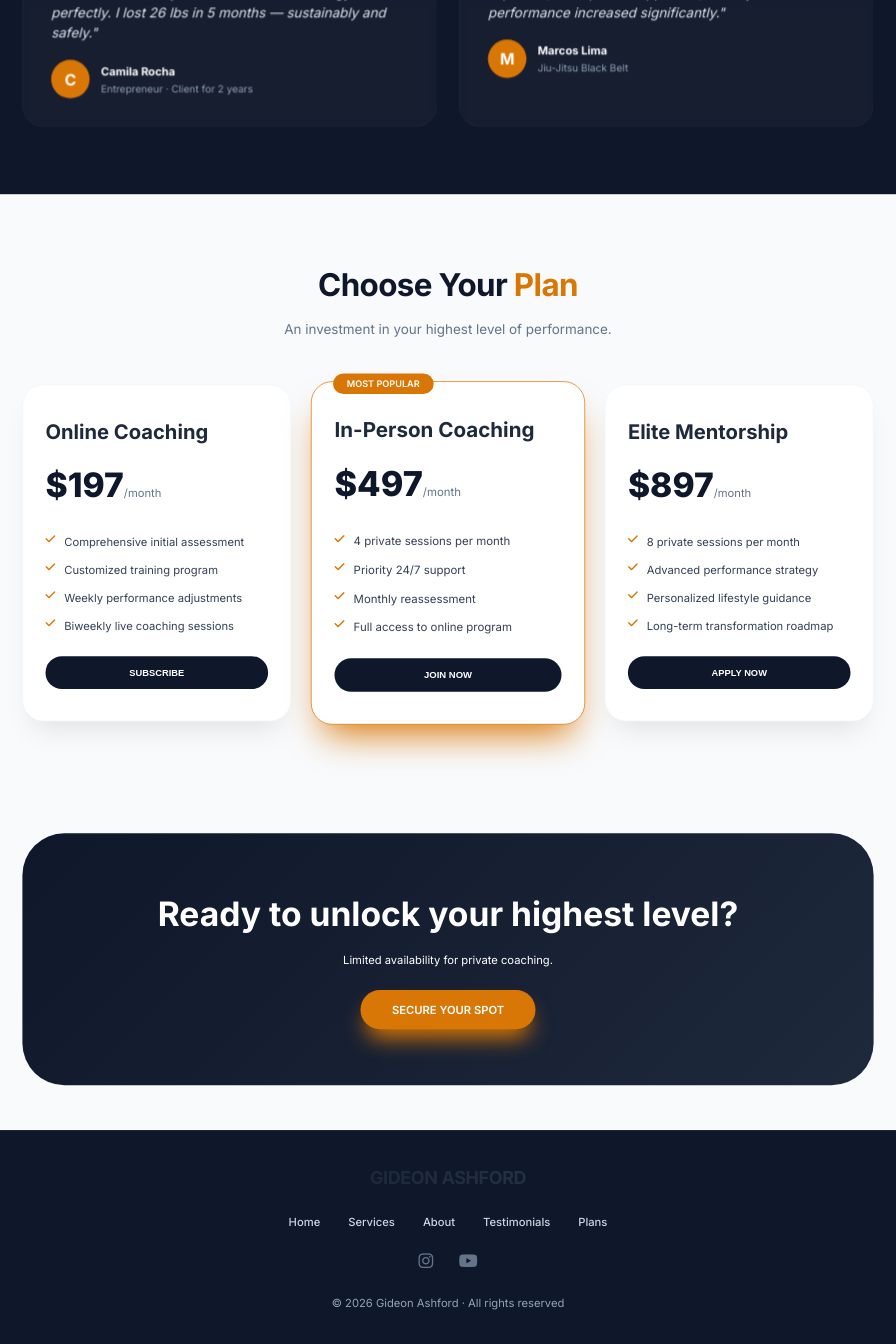
Repository: davidfsillva/Alex-Personal
Page: index.html
The author's editor kept a copy of each file at every save. The page is drawn from the files as they stood at one save, then again after the next save.
The browser window is 1280 px wide. The pictures show the part of the page from y = 2739 to 4659 px (the page is 4659 px tall before and 4595 px after), at 70% of full size.

Above is the page before, as saved 2026-02-18 21:39:31.
Not found: script.js

### index.html
<!DOCTYPE html>
<html lang="en">
<head>
    <meta charset="UTF-8">
    <meta name="viewport" content="width=device-width, initial-scale=1.0">
    <title>Gideon Ashford | High Performance Coaching</title>

    <!-- Font Awesome -->
    <link rel="stylesheet" href="https://cdnjs.cloudflare.com/ajax/libs/font-awesome/6.0.0-beta3/css/all.min.css">

    <!-- Google Font -->
    <link href="https://fonts.googleapis.com/css2?family=Inter:wght@400;500;600;700;800&display=swap" rel="stylesheet">

    <link rel="stylesheet" href="style.css">

    <meta name="description" content="High performance personal coaching with Gideon Ashford. Transform your body and elevate your mindset.">

</head>
<body>

<nav class="navbar">
    <div class="logo">GIDEON <span style="color:#d97706;">ASHFORD</span></div>

    <button class="hamburger" id="hamburger">
        <span></span>
        <span></span>
        <span></span>
    </button>

    <div class="nav-links" id="navLinks">
        <a href="#home">HOME</a>
        <a href="#services">SERVICES</a>
        <a href="#about">ABOUT</a>
        <a href="#testimonials">TESTIMONIALS</a>
        <a href="#plans">PLANS</a>
        <a href="#contact" class="btn-nav">BOOK NOW</a>
    </div>
</nav>

<main>

<!-- HERO -->
<section class="hero" id="home">
    <div class="container hero-grid">
        <div>
            <span class="hero-badge">
                <i class="fas fa-bolt" style="margin-right:6px;"></i>
                PREMIUM PERFORMANCE TRAINING
            </span>

            <h1>Transform your <span>body</span>. Elevate your mind.</h1>

            <p>
                Proven high-performance training method focused on real results,
                strategic periodization, and personalized 24/7 support.
            </p>

            <div class="hero-cta">
                <a href="#plans" class="btn-primary">GET STARTED</a>
                <a href="#about" class="btn-outline">LEARN MORE</a>
            </div>

            <div class="stats">
                <div class="stat-item">
                    <h3>400+</h3>
                    <p>active clients</p>
                </div>
                <div class="stat-item">
                    <h3>98%</h3>
                    <p>retention rate</p>
                </div>
                <div class="stat-item">
                    <h3>12</h3>
                    <p>years of experience</p>
                </div>
            </div>
        </div>

        <div class="hero-image"></div>
    </div>
</section>

<!-- SERVICES -->
<section class="section" id="services">
    <div class="container">
        <div class="section-title">
            <h2>Exclusive <span>Methodology</span></h2>
            <p>Every program is strategically designed around your goals and performance level.</p>
        </div>

        <div class="services-grid">

            <div class="service-card">
                <div class="service-icon"><i class="fas fa-dumbbell"></i></div>
                <h3>Online<br>Coaching</h3>
                <p>
                    Train from anywhere with customized programming,
                    structured progression, and weekly performance adjustments.
                </p>
                <a href="#" class="service-link">Learn more <i class="fas fa-arrow-right"></i></a>
            </div>

            <div class="service-card">
                <div class="service-icon"><i class="fas fa-clock"></i></div>
                <h3>In-Person<br>Training</h3>
                <p>
                    1:1 sessions at the gym or outdoors with real-time correction,
                    biomechanical optimization, and elite guidance.
                </p>
                <a href="#" class="service-link">Learn more <i class="fas fa-arrow-right"></i></a>
            </div>

            <div class="service-card">
                <div class="service-icon"><i class="fas fa-heartbeat"></i></div>
                <h3>Post-Injury<br>Rehabilitation</h3>
                <p>
                    Evidence-based protocols focused on restoring strength,
                    improving mobility, and preventing future injuries.
                </p>
                <a href="#" class="service-link">Learn more <i class="fas fa-arrow-right"></i></a>
            </div>

        </div>
    </div>
</section>

<!-- ABOUT -->
<section class="section" id="about">
    <div class="container about-grid">
        <div class="about-image"></div>

        <div class="about-content">
            <h2>Gideon Ashford<br><span>High Performance Coach</span></h2>

            <p>
                For over 12 years, helping athletes and driven professionals
                unlock their highest level of physical and mental performance.
                Specialist in functional periodization and behavioral performance strategy.
            </p>

            <ul class="check-list">
                <li><i class="fas fa-check-circle"></i> Certified Personal Trainer</li>
                <li><i class="fas fa-check-circle"></i> Postgraduate in Exercise Physiology</li>
                <li><i class="fas fa-check-circle"></i> Former performance coach for elite athletes</li>
                <li><i class="fas fa-check-circle"></i> Mentor to 50+ fitness professionals</li>
            </ul>

            <a href="#contact" class="btn-primary">TALK TO GIDEON</a>
        </div>
    </div>
</section>

<!-- TESTIMONIALS -->
<section class="section testimonials" id="testimonials">
    <div class="container">
        <div class="section-title">
            <h2>What Clients <span>Say</span></h2>
            <p>Results that go far beyond aesthetics.</p>
        </div>

        <div class="testimonial-grid">

            <div class="testimonial-card">
                <i class="fas fa-quote-left" style="color:#d97706; font-size:2rem;"></i>
                <p>
                    "I've never experienced this level of progress before.
                    Alex understood my routine and built a strategy that fit perfectly.
                    I lost 26 lbs in 5 months — sustainably and safely."
                </p>

                <div class="client-info">
                    <div class="client-img">C</div>
                    <div>
                        <h4>Camila Rocha</h4>
                        <span>Entrepreneur · Client for 2 years</span>
                    </div>
                </div>
            </div>

            <div class="testimonial-card">
                <i class="fas fa-quote-left" style="color:#d97706; font-size:2rem;"></i>
                <p>
                    "More than a coach — a true mentor.
                    My posture improved, back pain disappeared,
                    and my Jiu-Jitsu performance increased significantly."
                </p>

                <div class="client-info">
                    <div class="client-img">M</div>
                    <div>
                        <h4>Marcos Lima</h4>
                        <span>Jiu-Jitsu Black Belt</span>
                    </div>
                </div>
            </div>

        </div>
    </div>
</section>

<!-- PLANS -->
<section class="section" id="plans">
    <div class="container">
        <div class="section-title">
            <h2>Choose Your <span>Plan</span></h2>
            <p>An investment in your highest level of performance.</p>
        </div>

        <div class="pricing-grid">

            <div class="pricing-card">
                <h3>Online Coaching</h3>
                <div class="price">$197<span>/month</span></div>

                <ul class="pricing-features">
                    <li><i class="fas fa-check"></i> Comprehensive initial assessment</li>
                    <li><i class="fas fa-check"></i> Customized training program</li>
                    <li><i class="fas fa-check"></i> Weekly performance adjustments</li>
                    <li><i class="fas fa-check"></i> Biweekly live coaching sessions</li>
                </ul>

                <button class="btn-pricing">SUBSCRIBE</button>
            </div>

            <div class="pricing-card featured">
                <div class="popular-badge">MOST POPULAR</div>

                <h3>In-Person Coaching</h3>
                <div class="price">$497<span>/month</span></div>

                <ul class="pricing-features">
                    <li><i class="fas fa-check"></i> 4 private sessions per month</li>
                    <li><i class="fas fa-check"></i> Priority 24/7 support</li>
                    <li><i class="fas fa-check"></i> Monthly reassessment</li>
                    <li><i class="fas fa-check"></i> Full access to online program</li>
                </ul>

                <button class="btn-pricing">JOIN NOW</button>
            </div>

            <div class="pricing-card">
                <h3>Elite Mentorship</h3>
                <div class="price">$897<span>/month</span></div>

                <ul class="pricing-features">
                    <li><i class="fas fa-check"></i> 8 private sessions per month</li>
                    <li><i class="fas fa-check"></i> Advanced performance strategy</li>
                    <li><i class="fas fa-check"></i> Personalized lifestyle guidance</li>
                    <li><i class="fas fa-check"></i> Long-term transformation roadmap</li>
                </ul>

                <button class="btn-pricing">APPLY NOW</button>
            </div>

        </div>
    </div>
</section>

<!-- FINAL CTA -->
<div class="container" id="contact">
    <div class="cta-section">
        <h2>Ready to unlock your highest level?</h2>
        <p>Limited availability for private coaching.</p>
        <a href="#" class="btn-primary">SECURE YOUR SPOT</a>
    </div>
</div>

</main>

<footer>
    <div class="logo" style="justify-content:center; margin-bottom:1.5rem;">
        GIDEON <span style="color:#d97706;">ASHFORD</span>
    </div>

    <div class="footer-links">
        <a href="#home">Home</a>
        <a href="#services">Services</a>
        <a href="#about">About</a>
        <a href="#testimonials">Testimonials</a>
        <a href="#plans">Plans</a>
    </div>

    <div class="social">
        <i class="fab fa-instagram"></i>
        <i class="fab fa-youtube"></i>
    </div>

    <p style="margin-top:2rem;">
        © 2026 Gideon Ashford · All rights reserved
    </p>
</footer>

<script src="script.js"></script>

</body>
</html>

### style.css

* {
    margin: 0;
    padding: 0;
    box-sizing: border-box;
}

body {
    font-family: 'Inter', 'Helvetica Neue', sans-serif;
    background: #f8fafc;
    color: #1e293b;
    line-height: 1.5;
    overflow-x: hidden;
}

/* smooth scroll */
html {
    scroll-behavior: smooth;
}

.container {
    max-width: 1280px;
    margin: 0 auto;
    padding: 0 2rem;
}

/* header / nav */
.navbar {
    display: flex;
    justify-content: space-between;
    align-items: center;
    padding: 1.5rem 2rem;
    background: rgba(255,255,255,0.8);
    backdrop-filter: blur(10px);
    position: fixed;
    width: 100%;
    top: 0;
    z-index: 1000;
    border-bottom: 1px solid rgba(0,0,0,0.03);
}

.logo {
    font-weight: 700;
    font-size: 1.6rem;
    letter-spacing: -0.02em;
    background: linear-gradient(135deg, #0f172a, #334155);
    -webkit-background-clip: text;
    -webkit-text-fill-color: transparent;
}

.nav-links {
    display: flex;
    gap: 2.5rem;
    align-items: center;
}

.nav-links a {
    text-decoration: none;
    color: #1e293b;
    font-weight: 500;
    font-size: 0.95rem;
    transition: 0.2s;
    letter-spacing: 0.3px;
}

.nav-links a:hover {
    color: #d97706;
}

.btn-nav {
    background: #0f172a;
    color: white !important;
    padding: 0.6rem 1.6rem;
    border-radius: 40px;
    font-weight: 600;
    box-shadow: 0 8px 20px rgba(15,23,42,0.15);
}

.btn-nav:hover {
    background: #d97706;
    color: white !important;
    box-shadow: 0 8px 25px rgba(217,119,6,0.25);
}

/* hero section */
.hero {
    min-height: 100vh;
    display: flex;
    align-items: center;
    background: linear-gradient(145deg, #ffffff 0%, #f1f5f9 100%);
    padding: 7rem 0 5rem;
    position: relative;
    overflow: hidden;
}

.hero:before {
    content: '';
    position: absolute;
    width: 600px;
    height: 600px;
    background: radial-gradient(circle, rgba(217,119,6,0.02) 0%, transparent 70%);
    right: -100px;
    bottom: -100px;
    border-radius: 50%;
}

.hero-grid {
    display: grid;
    grid-template-columns: 1fr 1fr;
    gap: 3rem;
    align-items: center;
}

.hero-badge {
    background: rgba(217,119,6,0.08);
    color: #d97706;
    padding: 0.3rem 1rem;
    border-radius: 40px;
    font-size: 0.85rem;
    font-weight: 600;
    display: inline-block;
    margin-bottom: 1.5rem;
    letter-spacing: 0.5px;
    border: 1px solid rgba(217,119,6,0.2);
}

.hero h1 {
    font-size: 3.8rem;
    font-weight: 800;
    line-height: 1.1;
    letter-spacing: -0.03em;
    color: #0f172a;
    margin-bottom: 1.2rem;
}

.hero h1 span {
    color: #d97706;
    border-bottom: 4px solid rgba(217,119,6,0.3);
    display: inline-block;
}

.hero p {
    font-size: 1.2rem;
    color: #475569;
    max-width: 500px;
    margin-bottom: 2.5rem;
}

.hero-cta {
    display: flex;
    gap: 1.2rem;
    align-items: center;
}

.btn-primary {
    background: #0f172a;
    color: white;
    border: none;
    padding: 1rem 2.8rem;
    border-radius: 50px;
    font-weight: 600;
    font-size: 1rem;
    cursor: pointer;
    transition: 0.25s;
    box-shadow: 0 15px 25px -8px rgba(15,23,42,0.3);
    text-decoration: none;
    display: inline-block;
}

.btn-primary:hover {
    background: #d97706;
    transform: scale(1.02);
    box-shadow: 0 20px 30px -8px rgba(217,119,6,0.4);
}

.btn-outline {
    background: transparent;
    border: 1.5px solid #0f172a;
    color: #0f172a;
    padding: 0.9rem 2.2rem;
    border-radius: 50px;
    font-weight: 600;
    transition: 0.2s;
    text-decoration: none;
}

.btn-outline:hover {
    border-color: #d97706;
    color: #d97706;
}

.hero-image {
    background: url('img/1.jpg') center/cover;
    height: 580px;
    border-radius: 40px;
    box-shadow: 0 40px 70px -15px rgba(0,0,0,0.3);
    position: relative;
    border: 1px solid rgba(255,255,255,0.2);
}

.hero-image:after {
    content: '';
    position: absolute;
    inset: 0;
    background: linear-gradient(145deg, transparent 50%, rgba(0,0,0,0.1));
    border-radius: 40px;
}

/* resultados / estatísticas */
.stats {
    display: flex;
    gap: 2.5rem;
    margin-top: 2.8rem;
}

.stat-item h3 {
    font-size: 2rem;
    font-weight: 700;
    color: #0f172a;
}

.stat-item p {
    font-size: 0.9rem;
    color: #64748b;
    margin: 0;
}

/* seção serviços */
.section {
    padding: 6rem 0;
}

.section-title {
    text-align: center;
    max-width: 700px;
    margin: 0 auto 4rem;
}

.section-title h2 {
    font-size: 2.8rem;
    font-weight: 700;
    color: #0f172a;
    margin-bottom: 1rem;
    letter-spacing: -0.02em;
}

.section-title h2 span {
    color: #d97706;
}

.section-title p {
    color: #64748b;
    font-size: 1.2rem;
}

.services-grid {
    display: grid;
    grid-template-columns: repeat(3, 1fr);
    gap: 2rem;
}

.service-card {
    background: white;
    padding: 2.5rem 1.8rem;
    border-radius: 30px;
    box-shadow: 0 20px 35px -10px rgba(0,0,0,0.05);
    transition: all 0.3s ease;
    border: 1px solid rgba(0,0,0,0.02);
}

.service-card:hover {
    transform: translateY(-10px);
    box-shadow: 0 30px 45px -12px rgba(217,119,6,0.15);
    border-color: rgba(217,119,6,0.2);
}

.service-icon {
    background: rgba(217,119,6,0.08);
    width: 70px;
    height: 70px;
    border-radius: 20px;
    display: flex;
    align-items: center;
    justify-content: center;
    margin-bottom: 2rem;
}

.service-icon i {
    font-size: 2.2rem;
    color: #d97706;
}

.service-card h3 {
    font-size: 1.7rem;
    font-weight: 700;
    margin-bottom: 0.8rem;
}

.service-card p {
    color: #475569;
    margin-bottom: 1.8rem;
}

.service-link {
    color: #0f172a;
    font-weight: 600;
    text-decoration: none;
    display: inline-flex;
    align-items: center;
    gap: 0.5rem;
}

.service-link i {
    transition: 0.2s;
}

.service-link:hover {
    color: #d97706;
}

.service-link:hover i {
    transform: translateX(5px);
}

/* sobre */
.about-grid {
    display: grid;
    grid-template-columns: 1fr 1fr;
    gap: 4rem;
    align-items: center;
}

.about-image {
    height: 550px;
    background: url('img/2.jpg') center/cover;
    border-radius: 40px;
    box-shadow: 0 30px 40px -15px rgba(0,0,0,0.25);
}

.about-content h2 {
    font-size: 2.8rem;
    font-weight: 700;
    line-height: 1.2;
    margin-bottom: 1.5rem;
}

.about-content h2 span {
    color: #d97706;
}

.about-content p {
    color: #475569;
    font-size: 1.1rem;
    margin-bottom: 2rem;
}

.check-list {
    list-style: none;
    margin: 2rem 0;
}

.check-list li {
    display: flex;
    gap: 1rem;
    align-items: center;
    margin-bottom: 1rem;
    font-size: 1.1rem;
}

.check-list i {
    color: #d97706;
    font-size: 1.3rem;
}

/* depoimentos */
.testimonials {
    background: #0f172a;
    color: white;
}

.testimonials .section-title h2,
.testimonials .section-title p {
    color: white;
}

.testimonial-grid {
    display: grid;
    grid-template-columns: repeat(2, 1fr);
    gap: 2rem;
}

.testimonial-card {
    background: rgba(255,255,255,0.03);
    padding: 2.5rem;
    border-radius: 30px;
    backdrop-filter: blur(5px);
    border: 1px solid rgba(255,255,255,0.05);
}

.testimonial-card p {
    font-size: 1.2rem;
    font-style: italic;
    margin: 1.5rem 0;
    color: #e2e8f0;
}

.client-info {
    display: flex;
    align-items: center;
    gap: 1rem;
}

.client-img {
    width: 55px;
    height: 55px;
    border-radius: 50%;
    background: #d97706;
    display: flex;
    align-items: center;
    justify-content: center;
    font-weight: 700;
    font-size: 1.4rem;
    color: white;
}

.client-info h4 {
    font-weight: 700;
}

.client-info span {
    color: #94a3b8;
    font-size: 0.9rem;
}

/* planos */
.pricing-grid {
    display: grid;
    grid-template-columns: repeat(3, 1fr);
    gap: 2rem;
    margin-top: 2rem;
}

.pricing-card {
    background: white;
    border-radius: 30px;
    padding: 2.8rem 2rem;
    box-shadow: 0 25px 40px -15px rgba(0,0,0,0.1);
    transition: 0.3s;
    border: 1px solid #f1f5f9;
    position: relative;
}

.pricing-card.featured {
    transform: scale(1.02);
    border: 1.5px solid #d97706;
    box-shadow: 0 30px 50px -18px #d97706;
}

.popular-badge {
    position: absolute;
    top: -12px;
    left: 30px;
    background: #d97706;
    color: white;
    padding: 0.3rem 1.2rem;
    border-radius: 40px;
    font-size: 0.8rem;
    font-weight: 600;
}

.pricing-card h3 {
    font-size: 1.8rem;
    font-weight: 700;
    margin-bottom: 0.5rem;
}

.price {
    font-size: 3rem;
    font-weight: 800;
    color: #0f172a;
    margin: 1.2rem 0;
}

.price span {
    font-size: 1rem;
    font-weight: 400;
    color: #64748b;
}

.pricing-features {
    list-style: none;
    margin: 2rem 0;
}

.pricing-features li {
    display: flex;
    gap: 0.8rem;
    margin-bottom: 1rem;
    color: #334155;
}

.pricing-features i {
    color: #d97706;
}

.btn-pricing {
    width: 100%;
    background: #0f172a;
    color: white;
    border: none;
    padding: 1rem;
    border-radius: 40px;
    font-weight: 600;
    cursor: pointer;
    transition: 0.2s;
}

.btn-pricing:hover {
    background: #d97706;
}

/* cta final */
.cta-section {
    background: linear-gradient(135deg, #0f172a 0%, #1e293b 100%);
    color: white;
    text-align: center;
    padding: 5rem 2rem;
    border-radius: 60px;
    margin: 4rem auto;
}

.cta-section h2 {
    font-size: 3rem;
    font-weight: 700;
    margin-bottom: 1rem;
}

.cta-section .btn-primary {
    background: #d97706;
    margin-top: 2rem;
    box-shadow: 0 20px 30px -8px #d97706;
}

.cta-section .btn-primary:hover {
    background: white;
    color: #0f172a;
}

/* footer */
footer {
    background: #0f172a;
    color: #94a3b8;
    padding: 3rem 2rem;
    text-align: center;
    border-top: 1px solid #1e293b;
}

.footer-links {
    display: flex;
    gap: 2.5rem;
    justify-content: center;
    margin: 2rem 0;
}

.footer-links a {
    color: #cbd5e1;
    text-decoration: none;
    font-weight: 500;
}

.social i {
    font-size: 1.5rem;
    margin: 0 1rem;
    color: #64748b;
    transition: 0.2s;
}

.social i:hover {
    color: #d97706;
}

/* responsividade */
@media (max-width: 1000px) {
    .hero h1 { font-size: 3rem; }
    .hero-grid, .about-grid, .services-grid, .pricing-grid, .testimonial-grid {
        grid-template-columns: 1fr;
    }
    .hero-image { height: 450px; }
    .navbar { padding: 1rem; }
    .nav-links { display: none; }
}

After the next save:
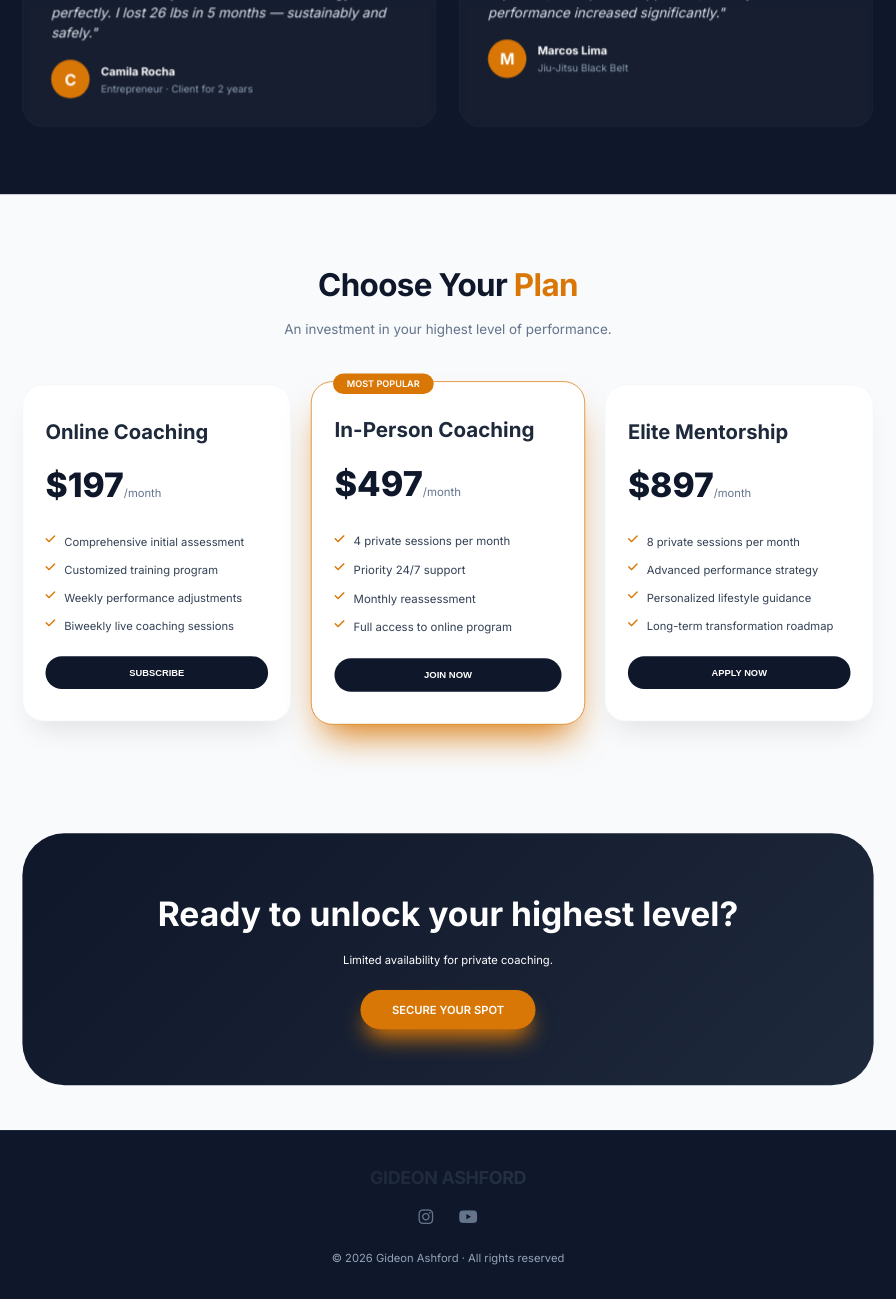
Saved 6 s later.
--- a/index.html
+++ b/index.html
@@ -272,14 +272,6 @@
         GIDEON <span style="color:#d97706;">ASHFORD</span>
     </div>
 
-    <div class="footer-links">
-        <a href="#home">Home</a>
-        <a href="#services">Services</a>
-        <a href="#about">About</a>
-        <a href="#testimonials">Testimonials</a>
-        <a href="#plans">Plans</a>
-    </div>
-
     <div class="social">
         <i class="fab fa-instagram"></i>
         <i class="fab fa-youtube"></i>
